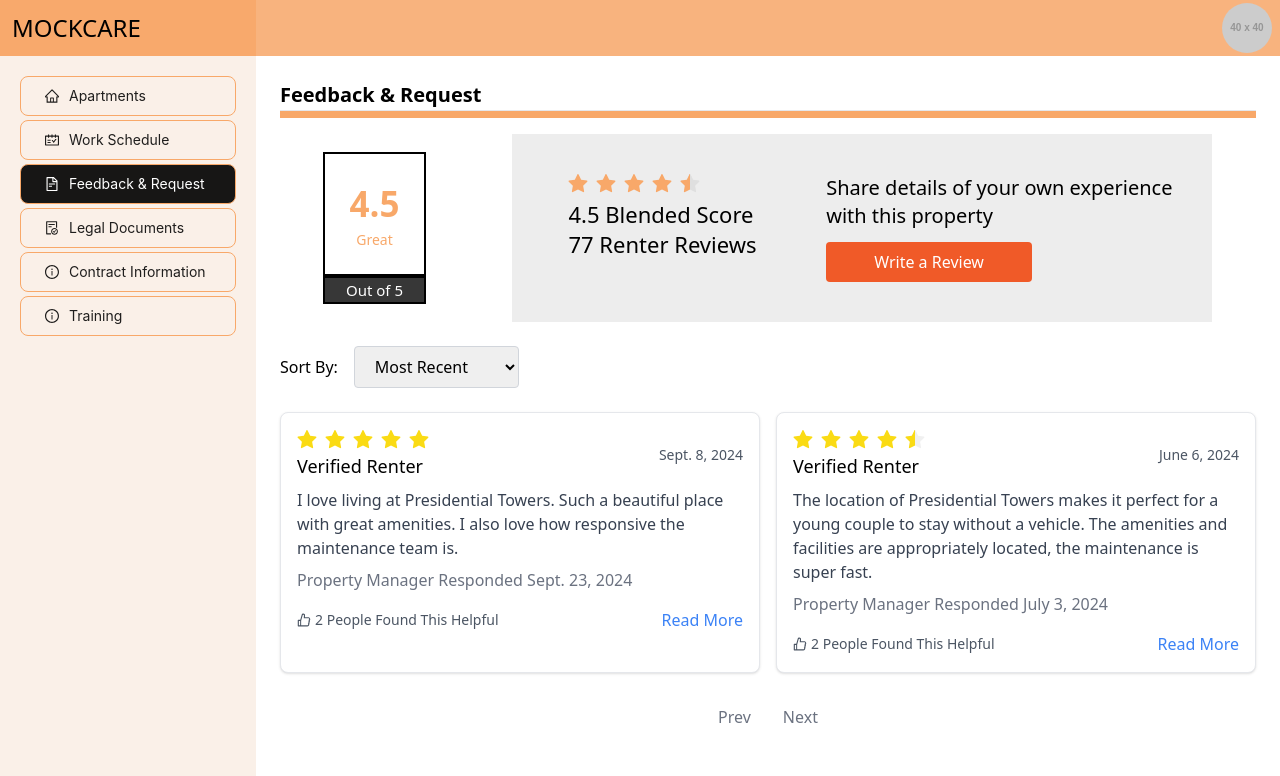
Repository: dunh-real/MockProject_102024_Nhom4
Page: / (app in frontend/)
The author's editor kept a copy of each file at every save. The page is drawn from the files as they stood at one save, then again after the next save.
The browser window is 1280 px wide. The pictures show the whole page.
The project was rebuilt for these pictures with package versions that can differ from the ones it lists, and the page was loaded fresh each time. Also part of the build but not shown: frontend/vite.config.js, frontend/vite.config.ts, frontend/src/App.css, frontend/src/component/ReviewModal.tsx.

Above is the page before, as saved 2024-10-09 13:48:21.

After the next save:
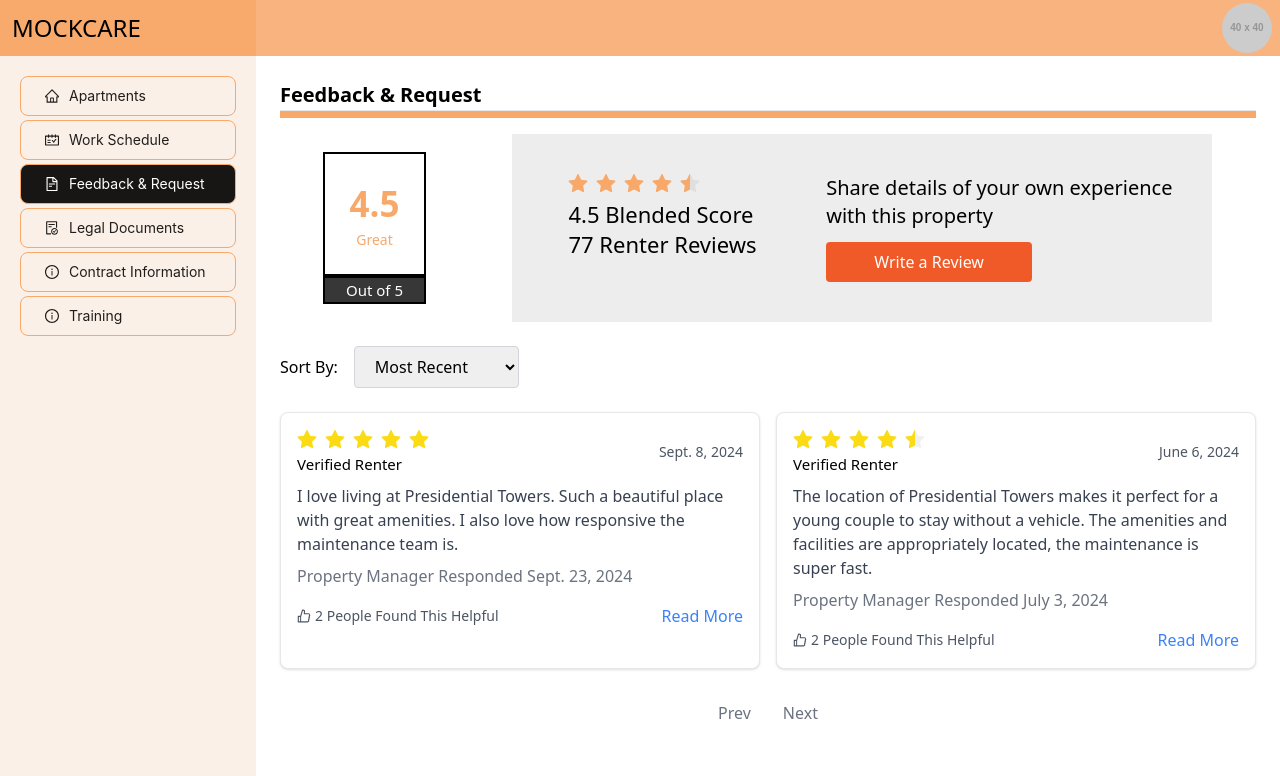
Saved 6 s later.
--- a/frontend/src/pages/Feedback&Request/Feedback&Request.tsx
+++ b/frontend/src/pages/Feedback&Request/Feedback&Request.tsx
@@ -115,7 +115,7 @@ const ReviewList: React.FC = () => {
                                 <div className="flex justify-between items-center mb-2">
                                     <div>
                                         <Rate allowHalf defaultValue={review.rating} disabled />
-                                        <p className='text-[18px]'>{review.renter}</p>
+                                        <p className='text-[15px]'>{review.renter}</p>
                                     </div>
                                     <span className="text-sm text-gray-600">{review.date}</span>
                                 </div>
